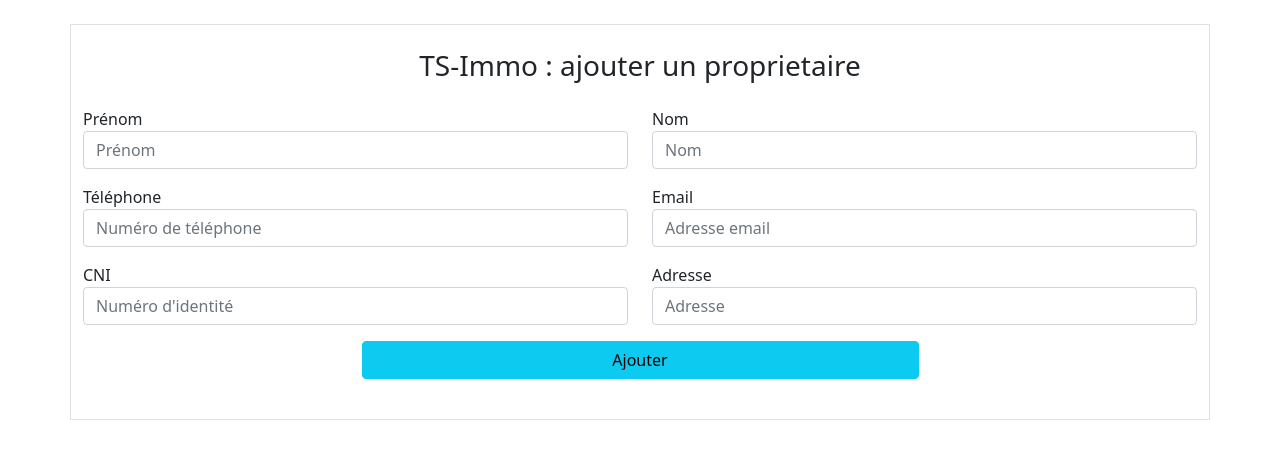
Repository: saliou-t/TS-IMMO
Page: http://localhost/src/views/proprietaire/new.html.php
The author's editor kept a copy of each file at every save. The page is drawn from the files as they stood at one save, then again after the next save.
The browser window is 1280 px wide. The pictures show the whole page.
The page is run by PHP 8.4 with error messages shown; the project is at /var/www/html/.

Above is the page before, as saved 2022-04-03 14:58:17.

After the next save:
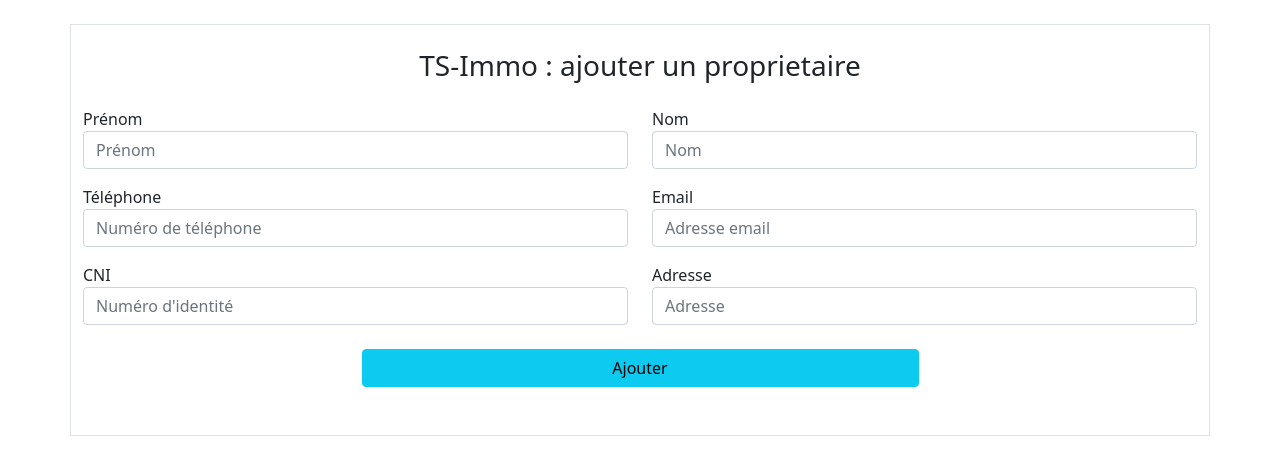
Saved 11 s later.
--- a/src/views/proprietaire/new.html.php
+++ b/src/views/proprietaire/new.html.php
@@ -44,7 +44,7 @@
                     <input class="form-control" name="adresse" type="text" placeholder="Adresse">
                 </div>
             </div>
-            <div class="row my-3 justify-content-around">
+            <div class="row my-4 justify-content-around">
                 <div class="col text-center  ">
                     <a class="btn btn-info mx-auto w-50" href="">Ajouter</a>
                 </div>
